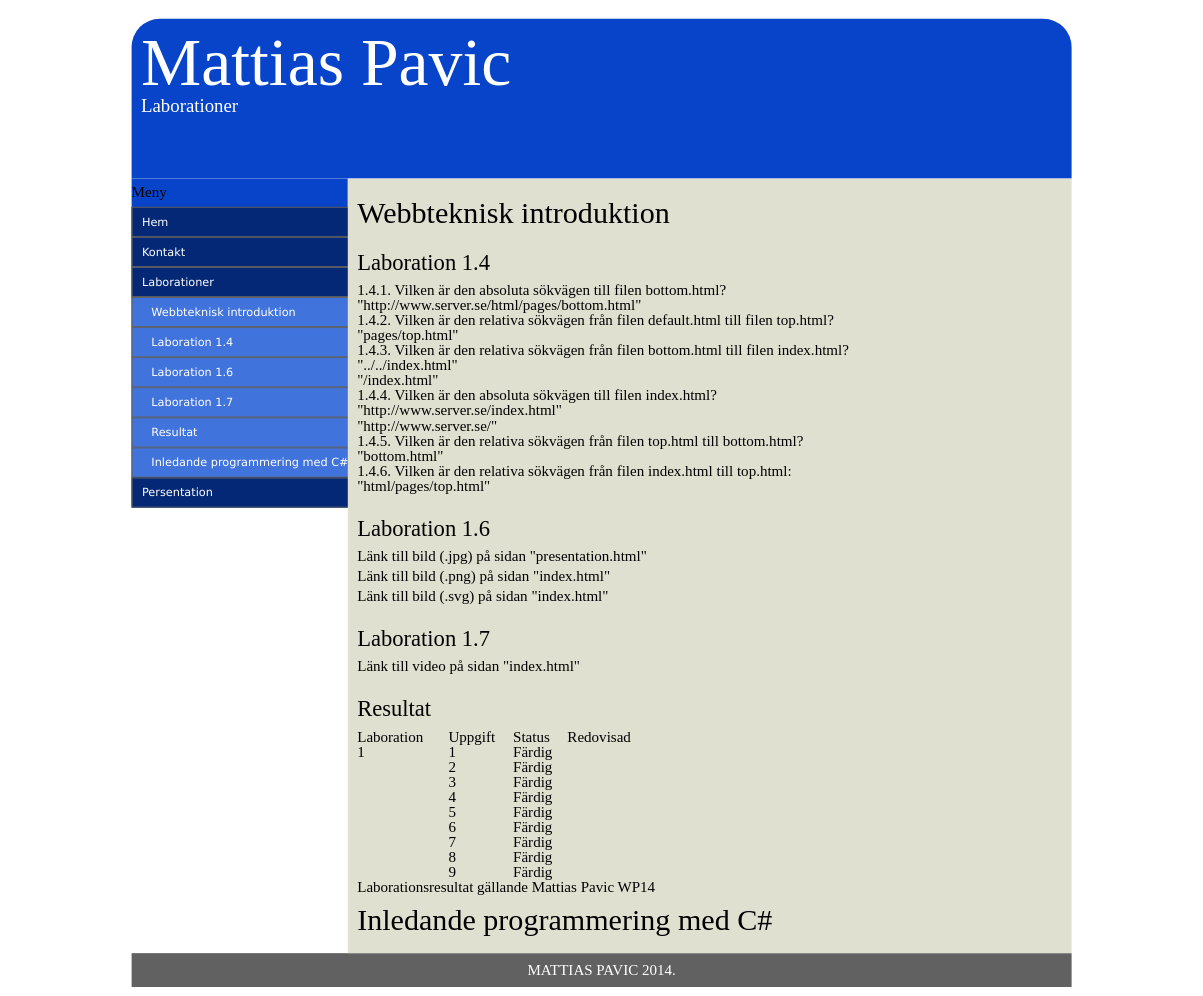
Repository: mp222sf/1ik415-laborationer
Page: pages/laborationer.html
The author's editor kept a record of every edit. The page is drawn from the files as they stood at one moment, then again after the next edit.
The browser window is 1280 px wide. The pictures show the whole page, at 94% of full size.

Above is the page before.

After the next edit:
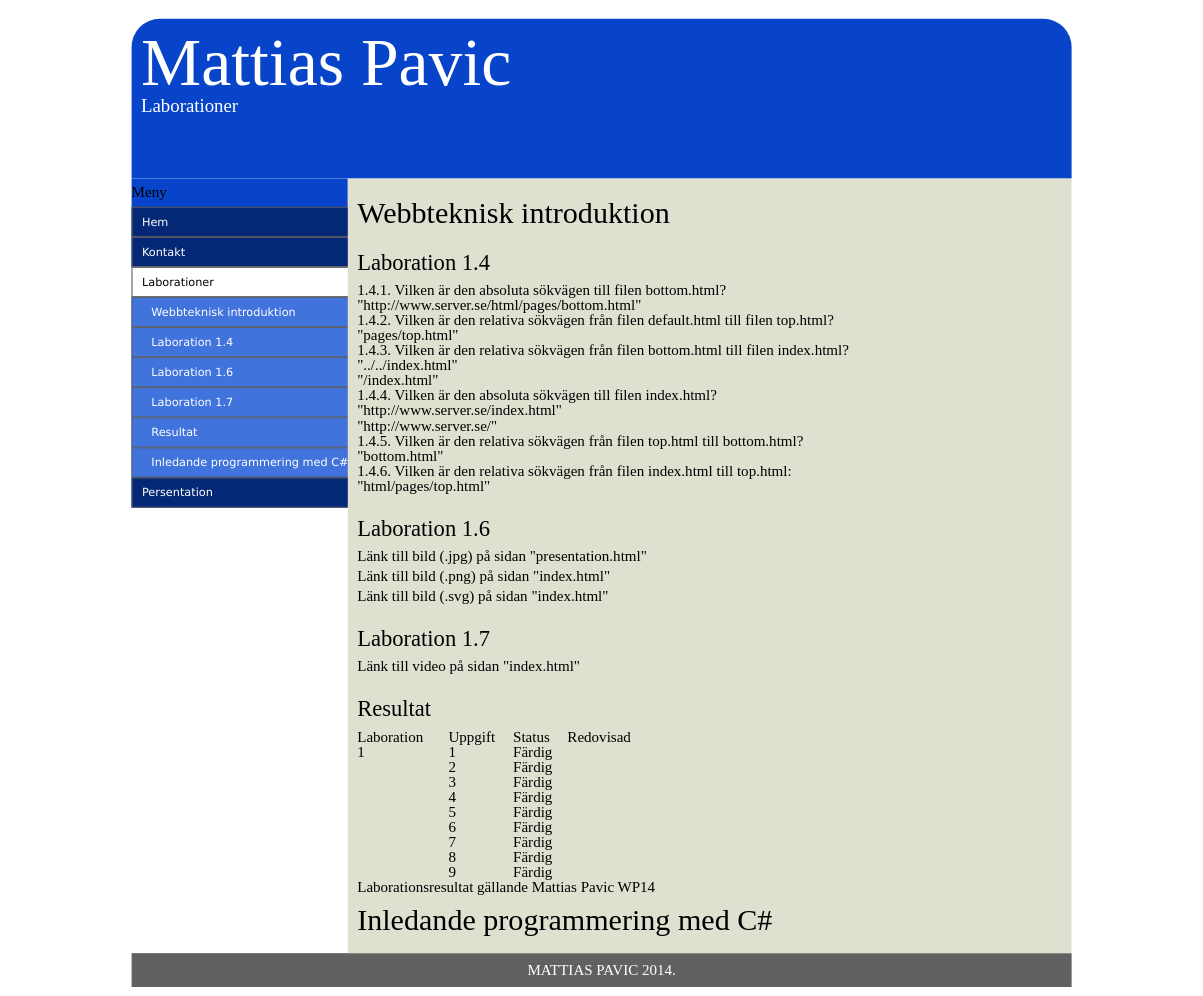
The edit:
--- a/pages/laborationer.html
+++ b/pages/laborationer.html
@@ -16,7 +16,7 @@
                 <ul id="meny">
                 <li><a href="../index.html">Hem</a></li>
                  <li><a href="kontakt.html">Kontakt</a></li>
-                 <li><a href="laborationer.html">Laborationer</a></li>
+                 <li><a id="current" href="laborationer.html">Laborationer</a></li>
                     <ul id="meny_lista">
                     <li><a href="#webbteknisk_introduktion">Webbteknisk introduktion</a></li>
                     <li><a href="#laboration_1.4">Laboration 1.4</a></li>
